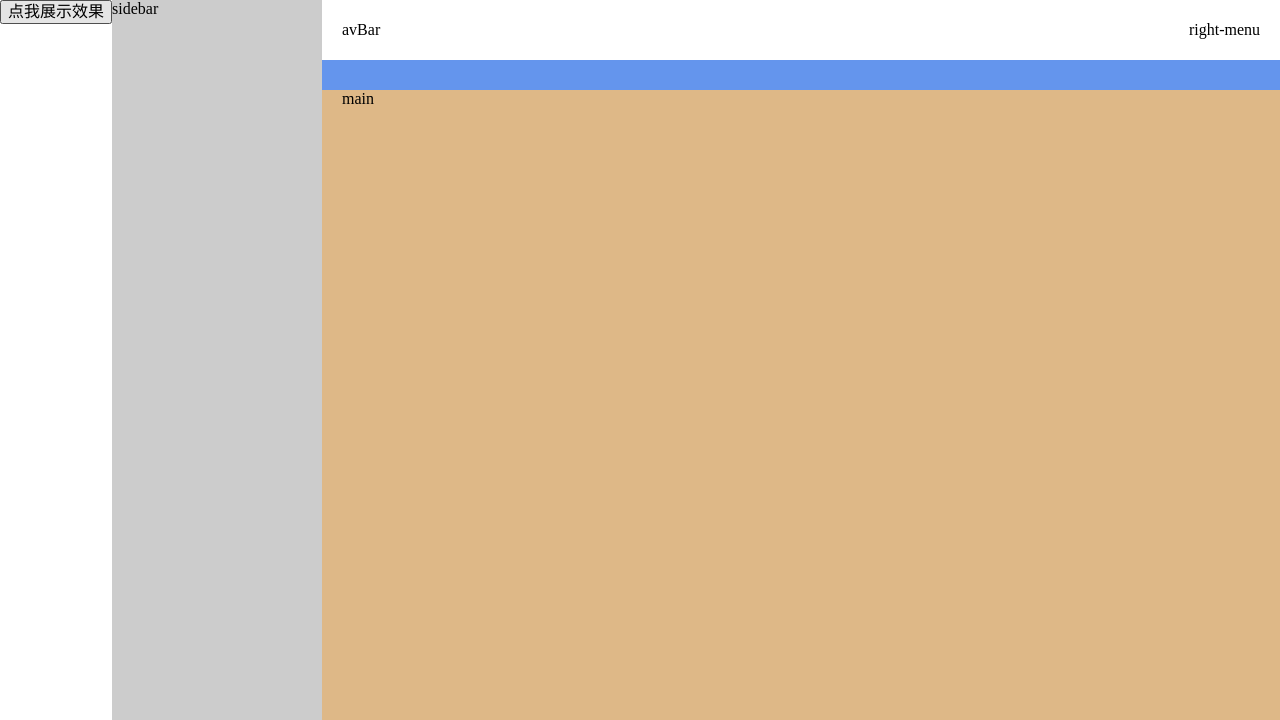
Repository: itmier/tmier-easy-demo
Page: /
The author's editor kept a copy of each file at every save. The page is drawn from the files as they stood at one save, then again after the next save.
The browser window is 1280 px wide. The pictures show the whole page.
The project was rebuilt for these pictures with package versions that can differ from the ones it lists, and the page was loaded fresh each time. Also part of the build but not shown: vue.config.js, src/utils/request.js, src/api/user.js, src/views/login/index.vue.

Above is the page before, as saved 2020-08-06 17:12:01.

### src/main.js
/*
 * @Author: Tmier
 * @Date: 2020-08-05 15:00:55
 * @LastEditTime: 2020-08-06 09:07:47
 * @Description:
 */
import Vue from 'vue'
import App from './App.vue'
import router from './router'
import store from './store'
import '@/plugins'

Vue.config.productionTip = false

new Vue({
  router,
  store,
  render: h => h(App)
}).$mount('#app')

### src/App.vue
<!--
 * @Author: Tmier
 * @Date: 2020-08-05 15:00:55
 * @LastEditTime: 2020-08-06 09:53:09
 * @Description:
-->
<template>
  <div id="app">
    <router-view/>
  </div>
</template>

<style lang="less">
</style>

### src/router/index.js
/*
 * @Author: Tmier
 * @Date: 2020-08-05 15:00:55
 * @LastEditTime: 2020-08-06 15:09:19
 * @Description:
 */
import Vue from 'vue'
import VueRouter from 'vue-router'
import Login from '@/views/login'
import Dashboard from '@/views/dashboard'
import Layout from '@/layout'

Vue.use(VueRouter)

const routes = [
  {
    path: '/login',
    name: 'login',
    component: Login,
  },
  {
    path: '/',
    name: 'layout',
    redirect: {
      name: 'dashboard'
    },
    component: Layout,
    children: [{
      path: 'dashboard',
      name: 'dashboard',
      component: Dashboard

    }]
  }
]

const router = new VueRouter({
  routes
})

export default router

### src/plugins/index.js
/*
 * @Author: Tmier
 * @Date: 2020-08-06 09:04:55
 * @LastEditTime: 2020-08-06 16:38:51
 * @Description:
 */
//  默认核心
import Vue from "vue"; //Vue引入
//  插件库
import animate from 'animate.css'
// UI
import ElementUI from 'element-ui';
import {Message} from 'element-ui'
// CSS
import 'element-ui/lib/theme-chalk/index.css';
import 'normalize.css/normalize.css'
import 'assets/css/reset.css'
// 注册使用
Vue.use(ElementUI);
Vue.use(animate);
// 继承使用
Vue.prototype.$message = Message

### src/views/dashboard/index.vue
<!--
 * @Author: Tmier
 * @Date: 2020-08-05 15:48:08
 * @LastEditTime: 2020-08-06 15:35:52
 * @Description:
-->
<template>
  <div class>
    main
  </div>
</template>

<script>
//import x from ''
export default {
  components: {},
  data() {
    return {};
  },
  computed: {},
  methods: {},
};
</script>

<style lang='less' scoped>
//@import url()
</style>

### src/layout/index.vue
<!--
 * @Author: Tmier
 * @Date: 2020-08-06 11:40:36
 * @LastEditTime: 2020-08-06 17:12:01
 * @Description:
-->
<template>
  <div class="layout">
    <div id="box">
      <!-- 控制数据的值切换显示隐藏 -->
      <button @click="sideBarFlag=!sideBarFlag">点我展示效果</button>

      <transition enter-active-class="zoomInLeft" leave-active-class="zoomOutRight">
        <p v-show="show" class="animated">11111111111111111111111</p>
      </transition>
    </div>
    <div class="layout-sliderbar">
      <SideBar v-show="sideBarFlag"></SideBar>
    </div>
    <div class="layout-container">
      <NavHeader></NavHeader>
      <TabItem></TabItem>
      <AppMain></AppMain>
    </div>
  </div>
</template>

<script>
//import x from ''
import SideBar from "@/layout/components/SideBar";
import AppMain from "@/layout/components/AppMain";
import NavHeader from "@/layout/components/NavHeader";
import TabItem from "@/layout/components/TabItem";
export default {
  name: "layout",
  components: {
    SideBar,
    AppMain,
    NavHeader,
    TabItem,
  },
  data() {
    return {
      timer: false,
      sideBarFlag: true,
      screenWidth: document.body.clientWidth,
    };
  },
  computed: {},
  methods: {},
  mounted() {
    const that = this;
    window.onresize = () => {
      return (() => {
        window.screenWidth = document.body.clientWidth;
        that.screenWidth = window.screenWidth;
      })();
    };
  },
  watch: {
    screenWidth(val) {
      // 为了避免频繁触发resize函数导致页面卡顿，使用定时器
      if (!this.timer) {
        // 一旦监听到的screenWidth值改变，就将其重新赋给data里的screenWidth
        this.screenWidth = val;
        this.timer = true;
        let that = this;
        setTimeout(function () {
          // 打印screenWidth变化的值
          console.log(that.screenWidth);
          if (val > 1010) {
            this.sideBarFlag = false;
          } else {
            this.sideBarFlag = true;
          }
          that.timer = false;
        }, 400);
      }
    },
  },
};
</script>

<style lang='less' scoped>
//@import url()
.layout {
  height: 100%;
  display: flex;

  .layout-sliderbar {
    height: 100%;
  }
  .layout-container {
    flex: 1;
    display: flex;
    flex-direction: column;
  }
}
</style>

### src/assets/css/reset.css
#app {
    height: 100%;
}

body {
    height: 100%;
}

html {
    height: 100%;
    box-sizing: border-box;
}

### src/layout/components/SideBar.vue
<!--
 * @Author: Tmier
 * @Date: 2020-08-06 11:40:56
 * @LastEditTime: 2020-08-06 15:57:28
 * @Description:
-->
<template>
  <div class="sidebar">
    sidebar
  </div>
</template>

<script>
//import x from ''
export default {
  name: "sidebar",
  components: {},
  data() {
    return {};
  },
  computed: {},
  methods: {},
};
</script>

<style lang='less' scoped>
//@import url()
.sidebar {
  height: 100%;
  width: 210px;
  background: #ccc;
  box-sizing: border-box;
}
@media screen and (max-width: 1010px) {
  .sidebar {
    display: none;
  }
}
</style>

### src/layout/components/AppMain.vue
<!--
 * @Author: Tmier
 * @Date: 2020-08-06 11:42:40
 * @LastEditTime: 2020-08-06 15:42:55
 * @Description:
-->
<template>
    <div class='appmain'>
        <router-view />
    </div>
</template>

<script>
    //import x from ''
    export default {
        name: 'appmain',
        components: {

        },
        data () {
            return {

            };
        },
        computed: {

        },
        methods: {

        },
    }
</script>

<style lang='less' scoped>
//@import url()
.appmain {
    width: 100%;
    height: 100%;
    flex: 1;
    padding: 0 20px;
    box-sizing: border-box;
    background: burlywood;
}
</style>

### src/layout/components/NavHeader.vue
<!--
 * @Author: Tmier
 * @Date: 2020-08-06 11:41:55
 * @LastEditTime: 2020-08-06 15:39:03
 * @Description:
-->
<template>
  <div class="navheader">
    <div class="top-header">
      avBar
      <div class="right-menu">right-menu</div>
    </div>
  </div>
</template>

<script>
//import x from ''
export default {
  name: "navheader",
  components: {},
  data() {
    return {};
  },
  computed: {},
  methods: {},
};
</script>

<style lang='less' scoped>
//@import url()
.navheader {
  width: 100%;
  height: 60px;
  line-height: 60px;
  padding: 0 20px;
  box-sizing: border-box;
  overflow: hidden;
  .top-header {
    height: 60px;
    width: 100%;
    // background: burlywood;
    line-height: 60px;
    text-align: left;

    .right-menu {
      float: right;
    }
  }
}
</style>

### src/layout/components/TabItem.vue
<!--
 * @Author: Tmier
 * @Date: 2020-08-06 15:27:29
 * @LastEditTime: 2020-08-06 15:35:04
 * @Description:
-->
<template>
    <div class='tabitem'>

    </div>
</template>

<script>
    //import x from ''
    export default {
        name: 'tabitem',
        components: {

        },
        data () {
            return {

            };
        },
        computed: {

        },
        methods: {

        },
    }
</script>

<style lang='less' scoped>
//@import url()
.tabitem {
    height: 30px;
    width: 100%;
    line-height: 30px;
    box-sizing: border-box;
    text-align: center;
    background: cornflowerblue;
}
</style>

Loaded but not shown: public/index.html (common file); src/store/index.js (common file)

After the next save:
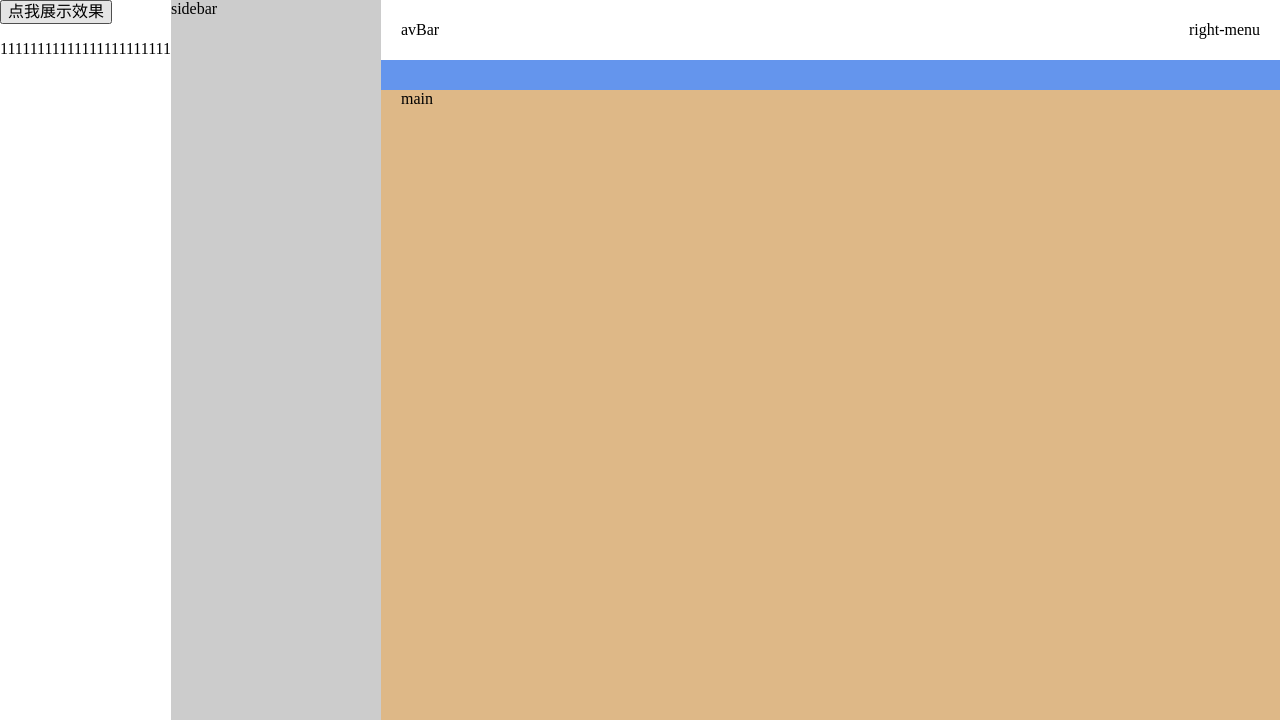
Saved 19 s later.
--- a/src/layout/index.vue
+++ b/src/layout/index.vue
@@ -1,7 +1,7 @@
 <!--
  * @Author: Tmier
  * @Date: 2020-08-06 11:40:36
- * @LastEditTime: 2020-08-06 17:12:01
+ * @LastEditTime: 2020-08-06 17:12:20
  * @Description:
 -->
 <template>
@@ -11,7 +11,7 @@
       <button @click="sideBarFlag=!sideBarFlag">点我展示效果</button>
 
       <transition enter-active-class="zoomInLeft" leave-active-class="zoomOutRight">
-        <p v-show="show" class="animated">11111111111111111111111</p>
+        <p v-show="sideBarFlag" class="animated">11111111111111111111111</p>
       </transition>
     </div>
     <div class="layout-sliderbar">
